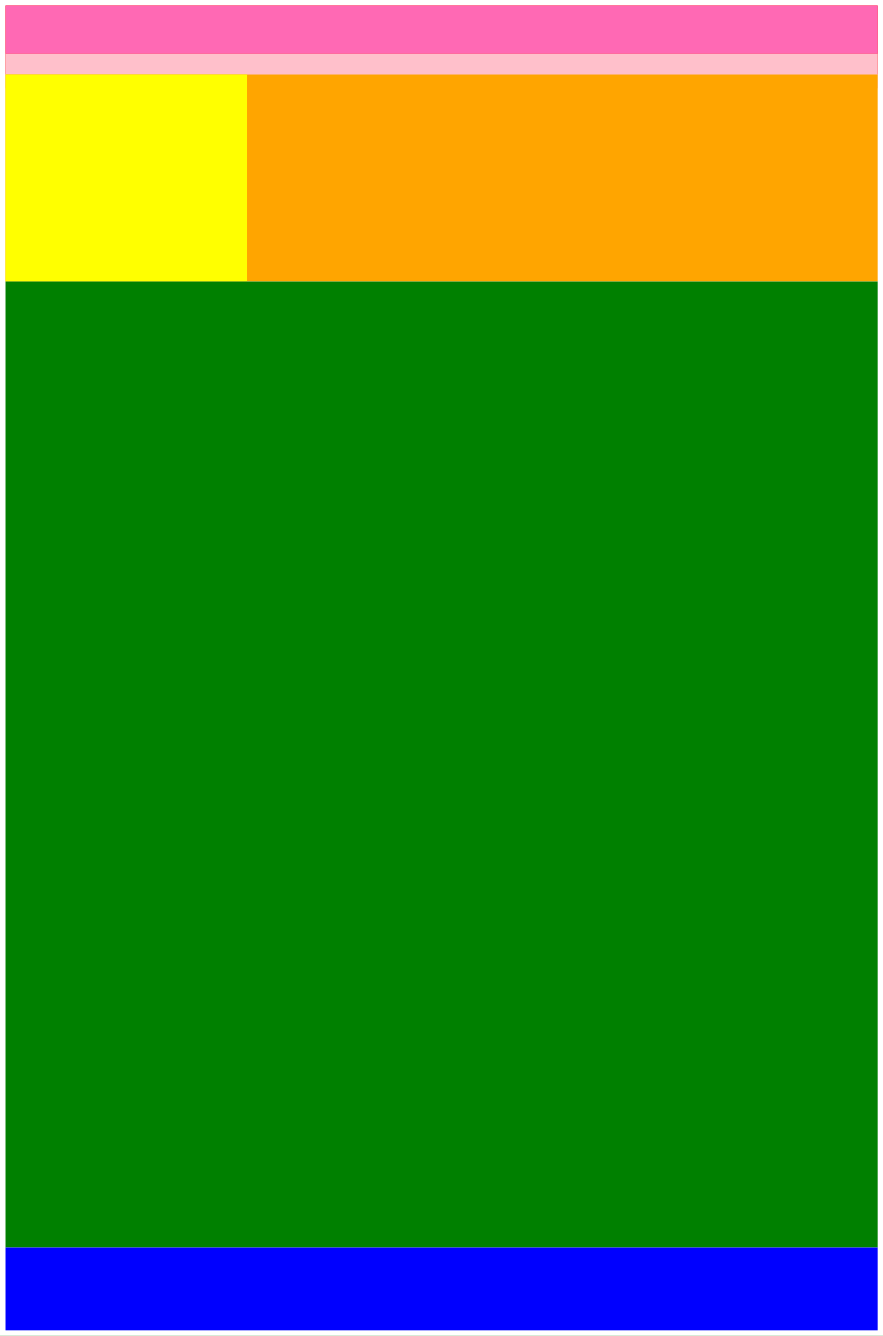
Repository: Souax/prac_20231021
Page: caravan/index.html
The author's editor kept a record of every edit. The page is drawn from the files as they stood at one moment, then again after the next edit.
The browser window is 1280 px wide. The pictures show the whole page, at 69% of full size.

Above is the page before.

### caravan/index.html
<!DOCTYPE html>
<html lang="ja">
  <heada>
    <meta charset="UTF-8">
    <link rel="stylesheet" href="style.css">
    <title>CARAVAN</title>
  </heada>

  <body>
    <div class="header">
        <div class="header-top"></div>
        <div class="header-bottom"></div>
    </div>
    <div class="main-visual">
      <div class="main-visual-content"></div>
    </div>

    <div class="main">
      <div class="blog"></div>
      <div class="saidebar"></div>
    </div>
    <div class="footer"></div>
  </body>

</html>

### caravan/style.css
＊{
  margin:0;
  padding:0;
  box-sizing:border-box;
}

.header{
  width:100%;
  height:100px;
  background-color:red;
}

.header-top{
  width:100%;
  height:70px;
  background-color:hotpink;
}

.header-bottom {
  width: 100%;
  height: 50px;
  background-color: pink;
}

.main-visual{
  width:100%;
  height:300px;
  background-color:orange;
}

.main-visual-content{
  width:350px;
  height:300px;
  background-color:yellow;
}
.main{
  width:100%;
  height:1400px;
  background-color:green;
}

.footer{
  width:100%;
  height:120px;
  background-color:blue;
}

After the next edit:
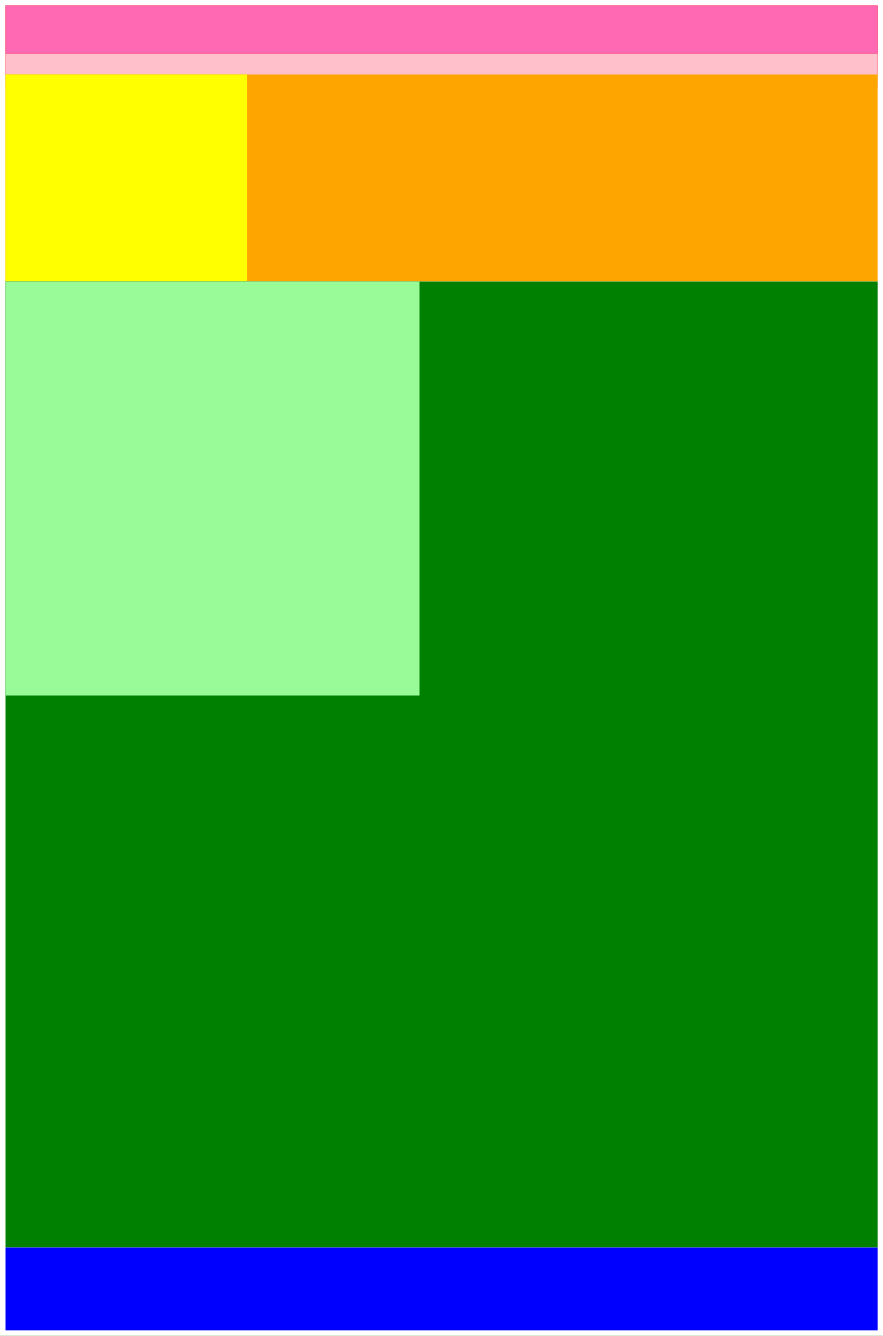
The edit:
--- a/caravan/style.css
+++ b/caravan/style.css
@@ -39,6 +39,13 @@
   background-color:green;
 }
 
+.blog{
+  width:600px;
+  height:600px;
+  background-color:palegreen;
+}
+
+
 .footer{
   width:100%;
   height:120px;
